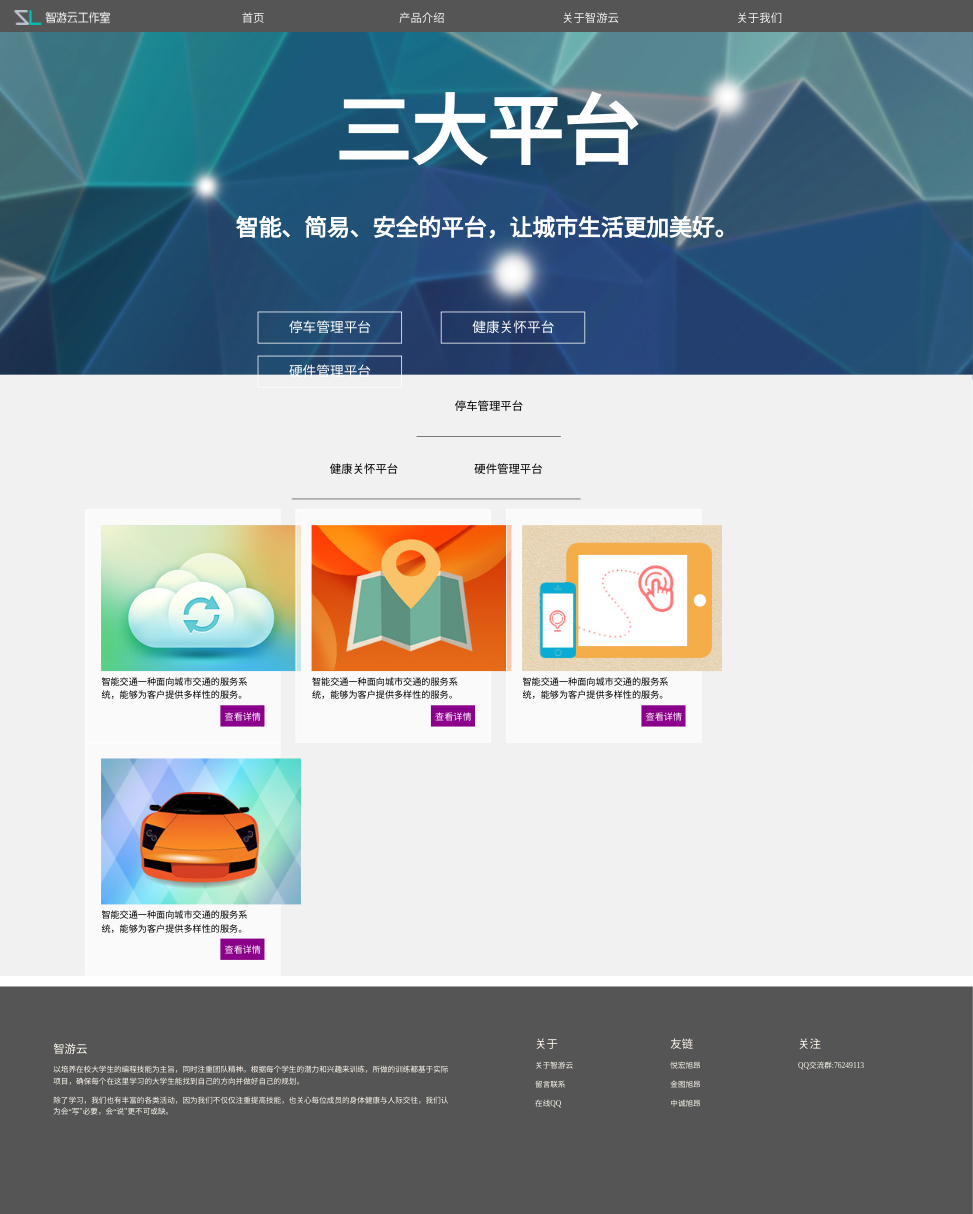
Repository: dakai1234/webTest
Page: 智游云1/product/product.html
An editor plug-in stored every save of this project. The page is shown before and after the next save, followed by the edit.
The browser window is 1280 px wide. The pictures show the whole page, at 76% of full size.

Above is the page before, as saved 2021-04-11 22:47:53.

After the next save:
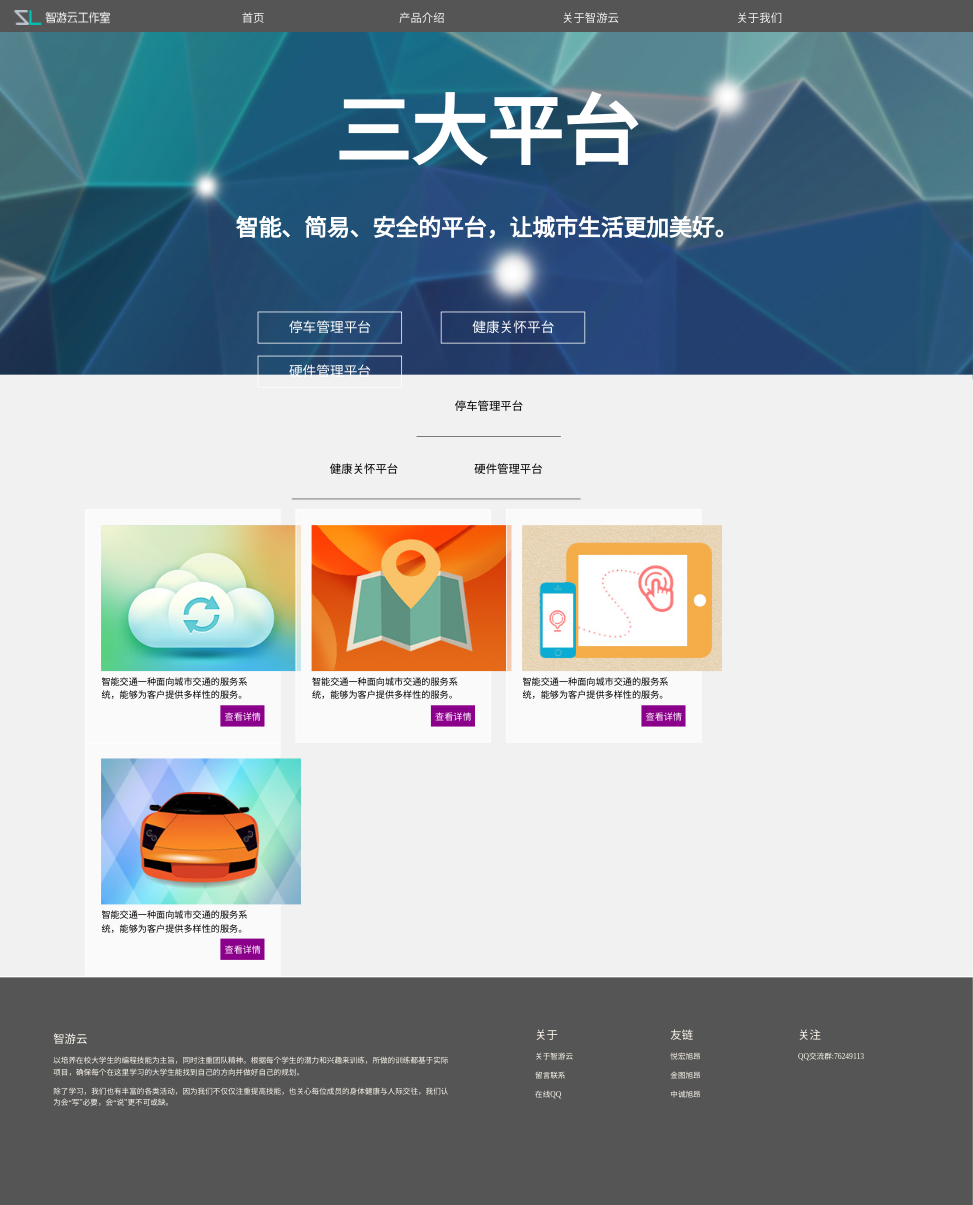
Saved 10 s later.
--- a/智游云1/product/product.css
+++ b/智游云1/product/product.css
@@ -44,7 +44,7 @@
 
 .main {
     margin-top: -2%;
-    margin-bottom: -2%;
+    margin-bottom: -3%;
     width: 100%;
     background-color: #f1f1f1;
 }
